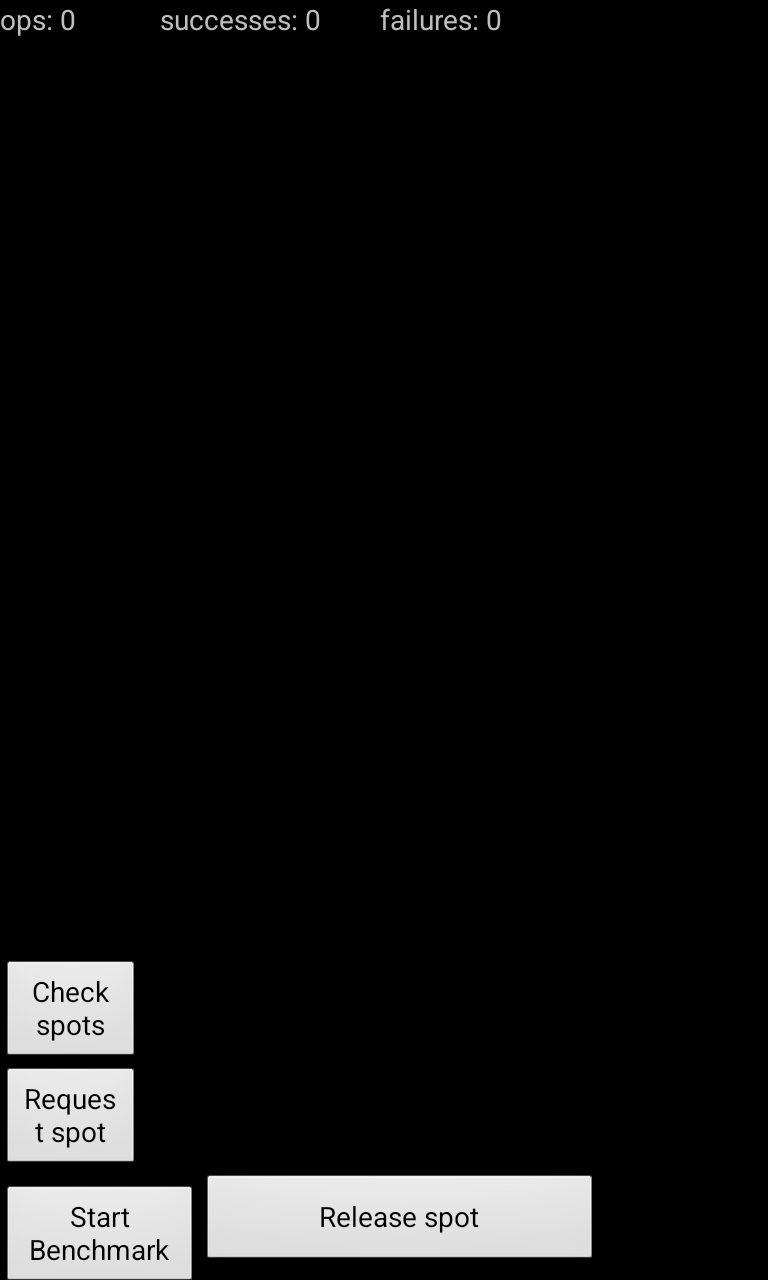
Repository: jasongao/csmcode
Layout: current/workspace/SMCloud/res/layout/main.xml
An editor plug-in stored every save of this project. The layout is shown before and after the next save, followed by the edit.
It is drawn on a 768 x 1280 px phone screen (xhdpi) without system bars, with theme android:Theme; the app's code is not run. Lists and similar views that code fills are empty.

Above is the layout before, as saved 2011-07-14 16:15:34.

### current/workspace/SMCloud/res/layout/main.xml
<?xml version="1.0" encoding="utf-8"?>
<LinearLayout xmlns:android="http://schemas.android.com/apk/res/android"
	android:orientation="vertical" android:layout_width="fill_parent"
	android:layout_height="fill_parent">

	<LinearLayout android:layout_width="match_parent"
		android:layout_height="wrap_content" android:id="@+id/CountInfoLayout">
		<TextView android:text="ops: 0" android:layout_height="wrap_content"
			android:id="@+id/opcount_tv" android:layout_width="80dip"></TextView>
		<TextView android:text="successes: 0" android:layout_height="wrap_content"
			android:id="@+id/successcount_tv" android:layout_width="110dip"></TextView>
		<TextView android:text="failures: 0" android:layout_height="wrap_content"
			android:id="@+id/failurecount_tv" android:layout_width="90dip"></TextView>
	</LinearLayout>

	<ListView android:id="@+id/msgList" android:layout_width="fill_parent"
		android:layout_height="fill_parent" android:stackFromBottom="true"
		android:transcriptMode="alwaysScroll" android:layout_weight="1">
	</ListView>

	<LinearLayout android:layout_width="fill_parent"
		android:orientation="horizontal" android:layout_height="wrap_content"
		android:id="@+id/CheckSpotLayout">
		<Button android:layout_height="wrap_content"
			android:layout_width="71dip" android:text="Check spots" android:id="@+id/readparking_button"></Button>
	</LinearLayout>

	<LinearLayout android:layout_width="fill_parent"
		android:orientation="horizontal" android:layout_height="wrap_content"
		android:id="@+id/RequestSpotLayout">
		<Button android:layout_height="wrap_content"
			android:layout_width="71dip" android:text="Request spot"
			android:id="@+id/requestparking_button"></Button>
	</LinearLayout>

	<LinearLayout android:layout_width="fill_parent"
		android:orientation="horizontal" android:layout_height="wrap_content"
		android:id="@+id/RequestLayout">
		<Button android:layout_height="wrap_content"
			android:layout_width="100dip" android:text="Start Benchmark"
			android:id="@+id/testcsm_button"></Button>
		<Button android:layout_height="wrap_content"
			android:layout_width="200dip" android:text="Release spot"
			android:id="@+id/releaseparking_button"></Button>
	</LinearLayout>

</LinearLayout>

After the next save:
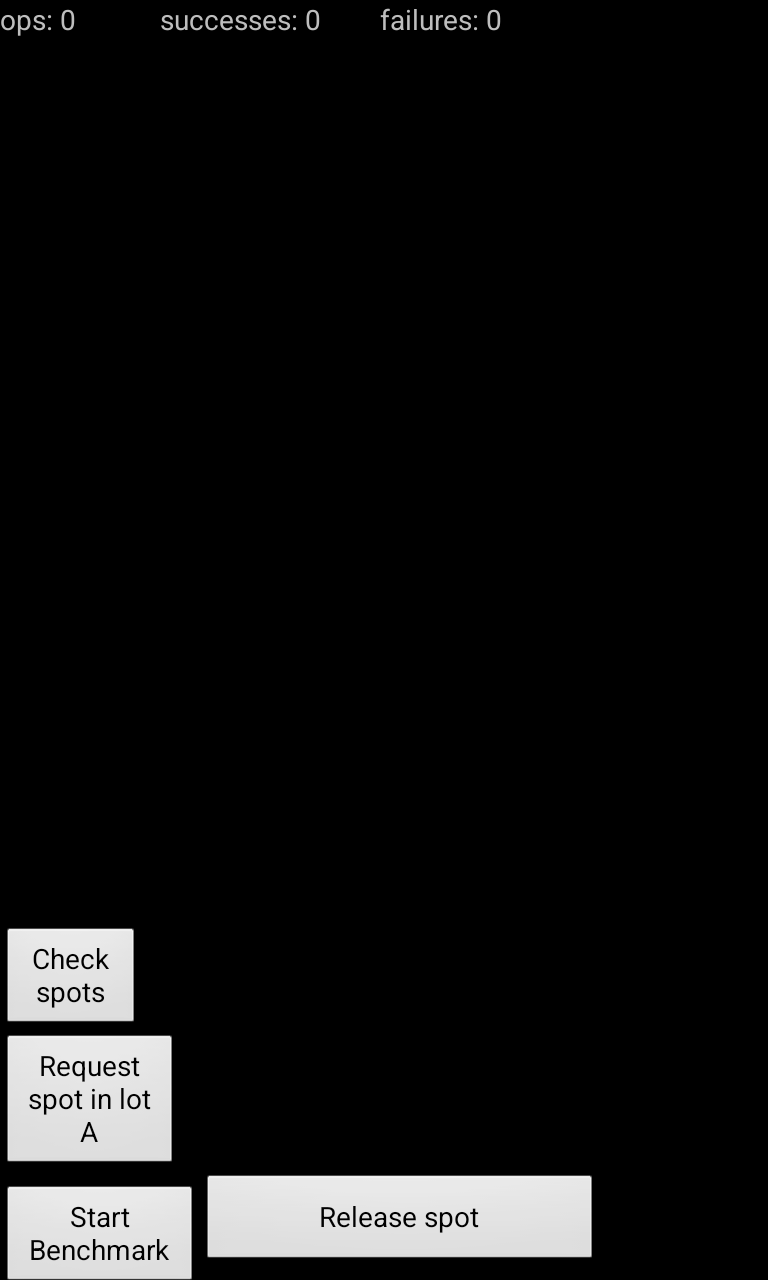
Saved 11 s later.
--- a/current/workspace/SMCloud/res/layout/main.xml
+++ b/current/workspace/SMCloud/res/layout/main.xml
@@ -29,7 +29,7 @@
 		android:orientation="horizontal" android:layout_height="wrap_content"
 		android:id="@+id/RequestSpotLayout">
 		<Button android:layout_height="wrap_content"
-			android:layout_width="71dip" android:text="Request spot"
+			android:layout_width="90dip" android:text="Request spot in lot A"
 			android:id="@+id/requestparking_button"></Button>
 	</LinearLayout>
 
